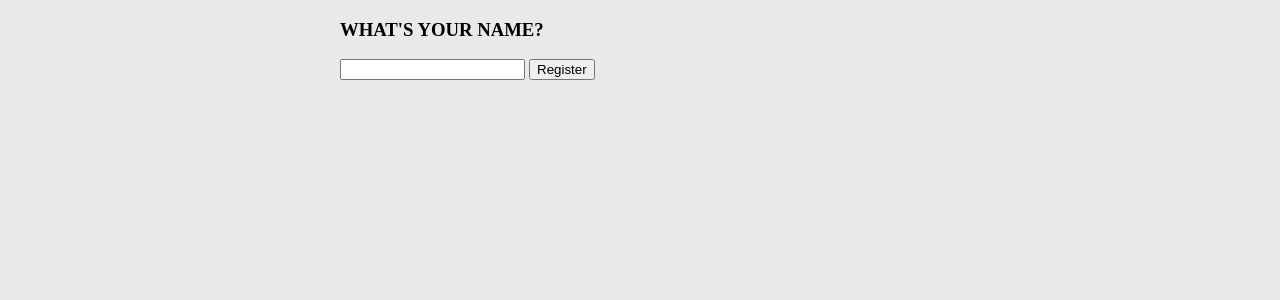
Repository: haimy125/demo_chat
Page: http://localhost/
An editor plug-in stored every save of this project. The page is shown before and after the next save, followed by the edit.
The browser window is 1280 px wide. The pictures show the whole page.
The page is served by the project's Node server (DEMO_CHAT_SOCKETIO/SERVER.js).

Above is the page before, as saved 2021-08-29 15:23:55.

After the next save:
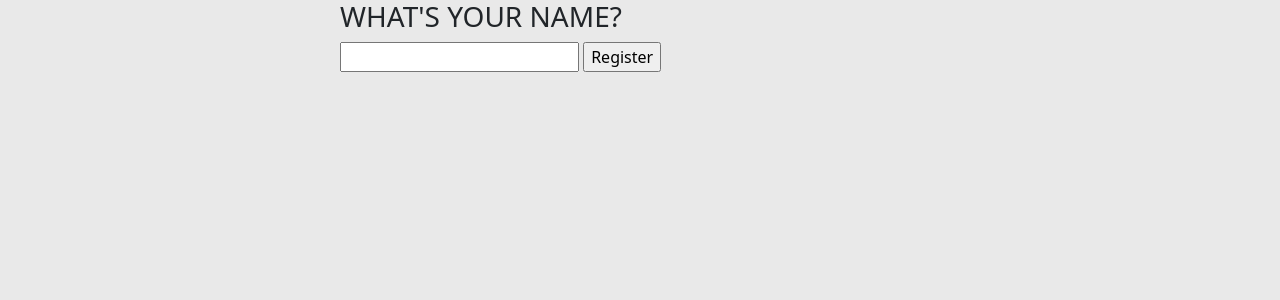
Saved 41 s later.
--- a/DEMO_CHAT_SOCKETIO/views/trangchu.ejs
+++ b/DEMO_CHAT_SOCKETIO/views/trangchu.ejs
@@ -6,6 +6,10 @@
     <meta http-equiv="X-UA-Compatible" content="IE=edge">
     <meta name="viewport" content="width=device-width, initial-scale=1.0">
     <title>demo chat</title>
+    <link href="https://cdn.jsdelivr.net/npm/bootstrap@5.0.2/dist/css/bootstrap.min.css" rel="stylesheet" integrity="sha384-EVSTQN3/azprG1Anm3QDgpJLIm9Nao0Yz1ztcQTwFspd3yD65VohhpuuCOmLASjC" crossorigin="anonymous">
+    <script src="https://cdn.jsdelivr.net/npm/@popperjs/core@2.9.2/dist/umd/popper.min.js" integrity="sha384-IQsoLXl5PILFhosVNubq5LC7Qb9DXgDA9i+tQ8Zj3iwWAwPtgFTxbJ8NT4GN1R8p" crossorigin="anonymous"></script>
+    <script src="https://cdn.jsdelivr.net/npm/bootstrap@5.0.2/dist/js/bootstrap.min.js" integrity="sha384-cVKIPhGWiC2Al4u+LWgxfKTRIcfu0JTxR+EQDz/bgldoEyl4H0zUF0QKbrJ0EcQF" crossorigin="anonymous"></script>
+
     <script src="jquery.js"></script>
     <script src="socket.io/socket.io.js"></script>
     <link rel="stylesheet" href="layout.css">
